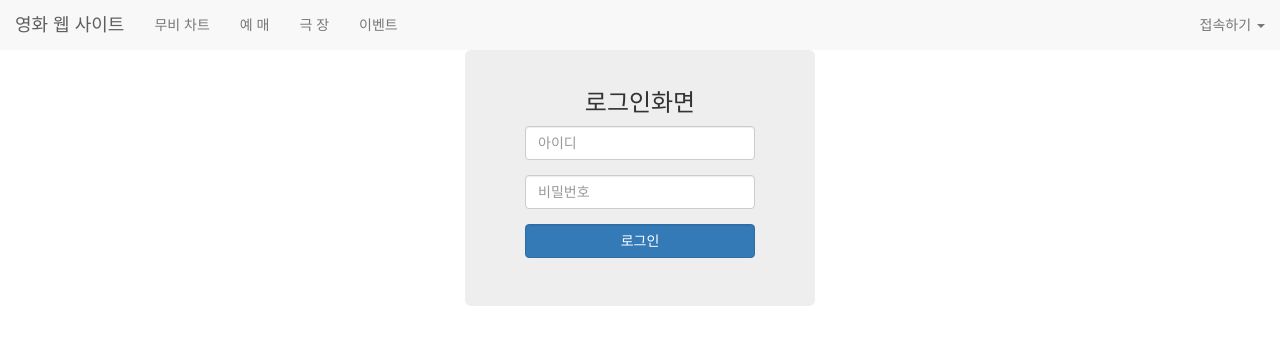
Repository: Gotaemin/java
Page: http://localhost/BBS/login.jsp
The author's editor kept a copy of each file at every save. The page is drawn from the files as they stood at one save, then again after the next save.
The browser window is 1280 px wide. The pictures show the whole page.
Some web libraries are served in a nearby version. The page is served by Tomcat 9.

Above is the page before, as saved 2020-03-04 09:22:36.

After the next save:
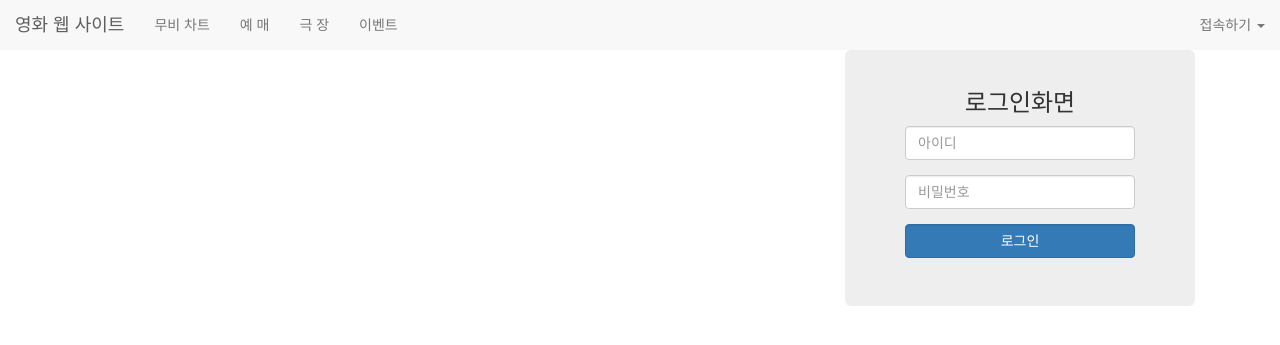
Saved 52 s later.
--- a/BBS/BBS/WebContent/login.jsp
+++ b/BBS/BBS/WebContent/login.jsp
@@ -58,6 +58,7 @@
 
 	<div class="container">
 		<div class="col-lg-4"></div>
+		<div class="col-lg-4"></div>
 		<div class="col-lg-4">
 			<div class="jumbotron" style="padding-top:20px;">
 				<form method="post" action ="loginAction.jsp">

After the save that followed:
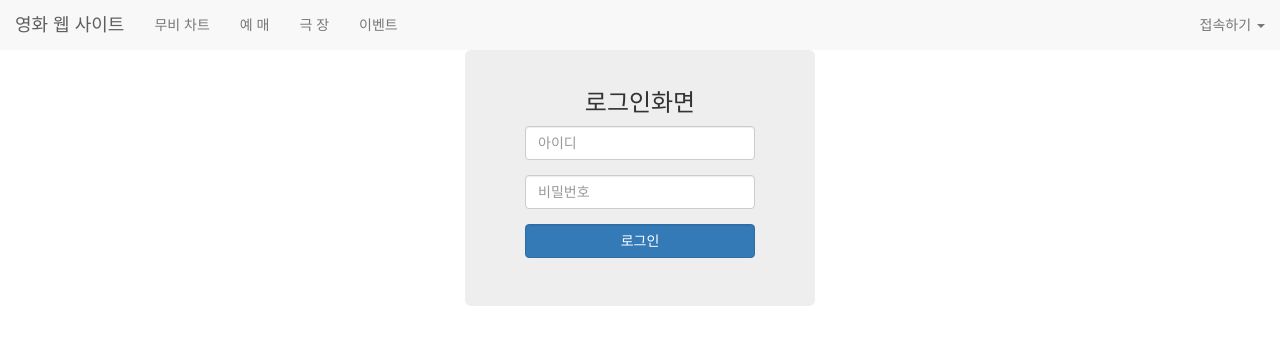
Saved 21 s later.
--- a/BBS/BBS/WebContent/login.jsp
+++ b/BBS/BBS/WebContent/login.jsp
@@ -57,7 +57,7 @@
 	</nav>
 
 	<div class="container">
-		<div class="col-lg-4"></div>
+<!-- 		<div class="col-lg-4"></div> -->
 		<div class="col-lg-4"></div>
 		<div class="col-lg-4">
 			<div class="jumbotron" style="padding-top:20px;">
